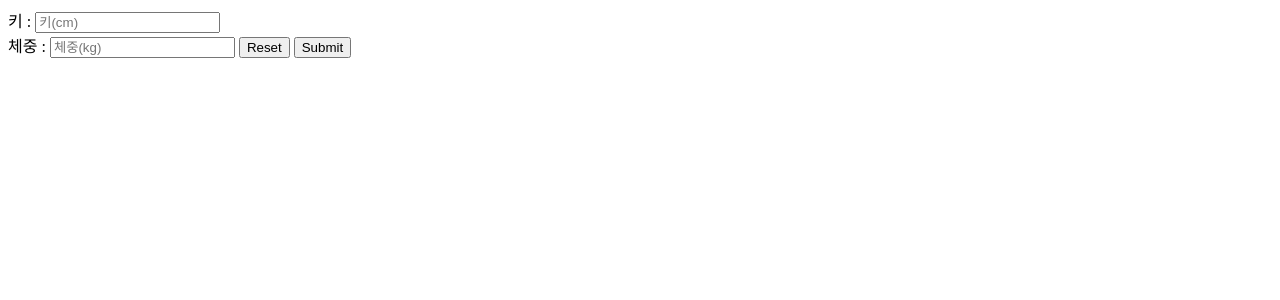
Repository: eyonghwan/jsp_practice
Page: http://localhost/JSPBasic/JspObject/1.requests/req_bmi.jsp
The author's editor kept a copy of each file at every save. The page is drawn from the files as they stood at one save, then again after the next save.
The browser window is 1280 px wide. The pictures show the whole page.
The page is served by Tomcat 9.

Above is the page before, as saved 2022-02-04 00:43:00.

After the next save:
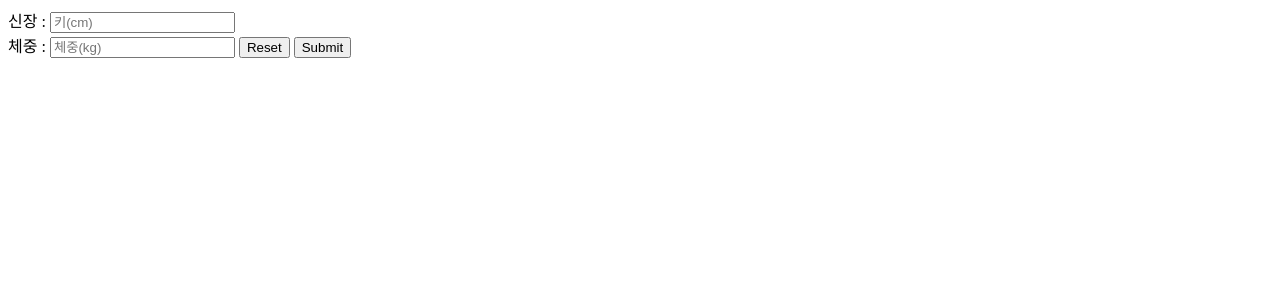
Saved 7 min 32 s later.
--- a/JSPBasic/src/main/webapp/JspObject/1.requests/req_bmi.jsp
+++ b/JSPBasic/src/main/webapp/JspObject/1.requests/req_bmi.jsp
@@ -18,7 +18,7 @@
 	req_bmi.jsp ==> req_bmi_result.jsp 로 전송되게 해주세요.
  -->
 <form action="req_bmi_result.jsp" method="get">
-	키  : <input type="text" name="height" placeholder="키(cm)"/><br/>
+	신장 : <input type="text" name="height" placeholder="키(cm)"/><br/>
 	체중 : <input type="text" name="weight" placeholder="체중(kg)"/>
 	<input type="reset" />
 	<input type="submit" />
